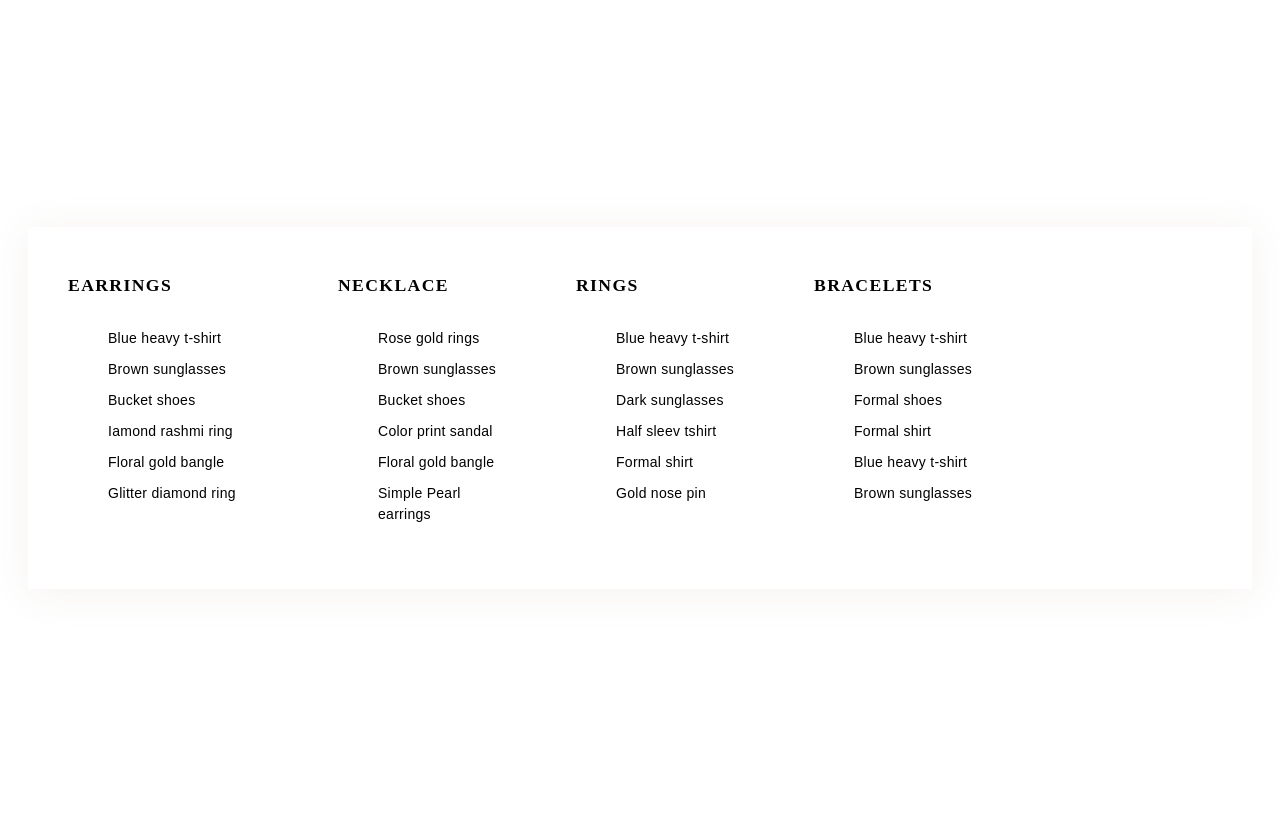
Repository: Excelsior-Technologies-Community/jelwo-hit
Page: list/shoplist.html
An editor plug-in stored every save of this project. The page is shown before and after a run of saves, followed by the edit.
The browser window is 1280 px wide. The pictures show the whole page.

Above is the page before, as saved 2026-04-06 15:23:32.

After the next 2 saves:
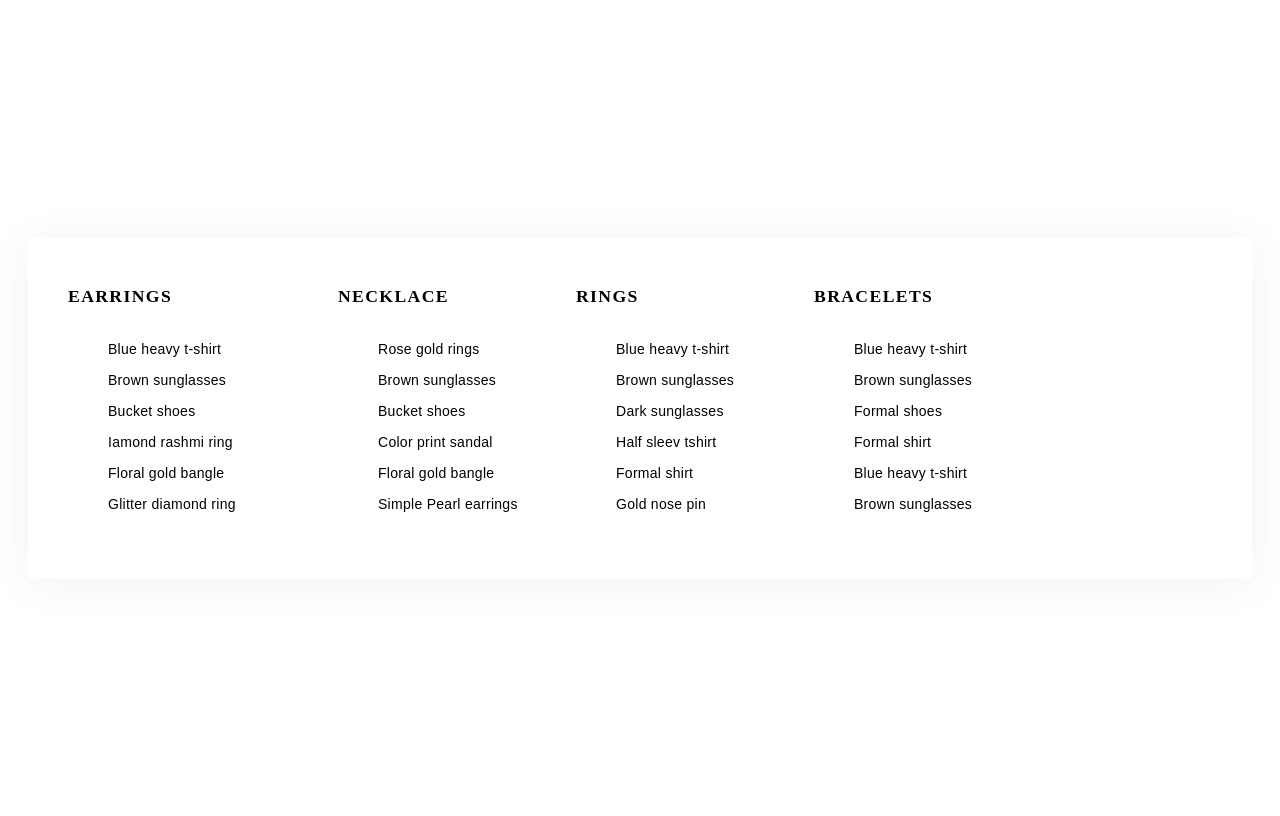
The 2 saves are shown as one change because they came seconds apart.
The last was saved 28 s later.
--- a/list/shoplist.css
+++ b/list/shoplist.css
@@ -37,7 +37,7 @@ body {
 }
 
 .category-col {
-    padding: 0 32px 0 0;
+    padding: 0 0px 0 0;
     border-right: 1px solid var(--divider);
     margin-right: 0;
     animation: fadeUp 0.7s ease both;
